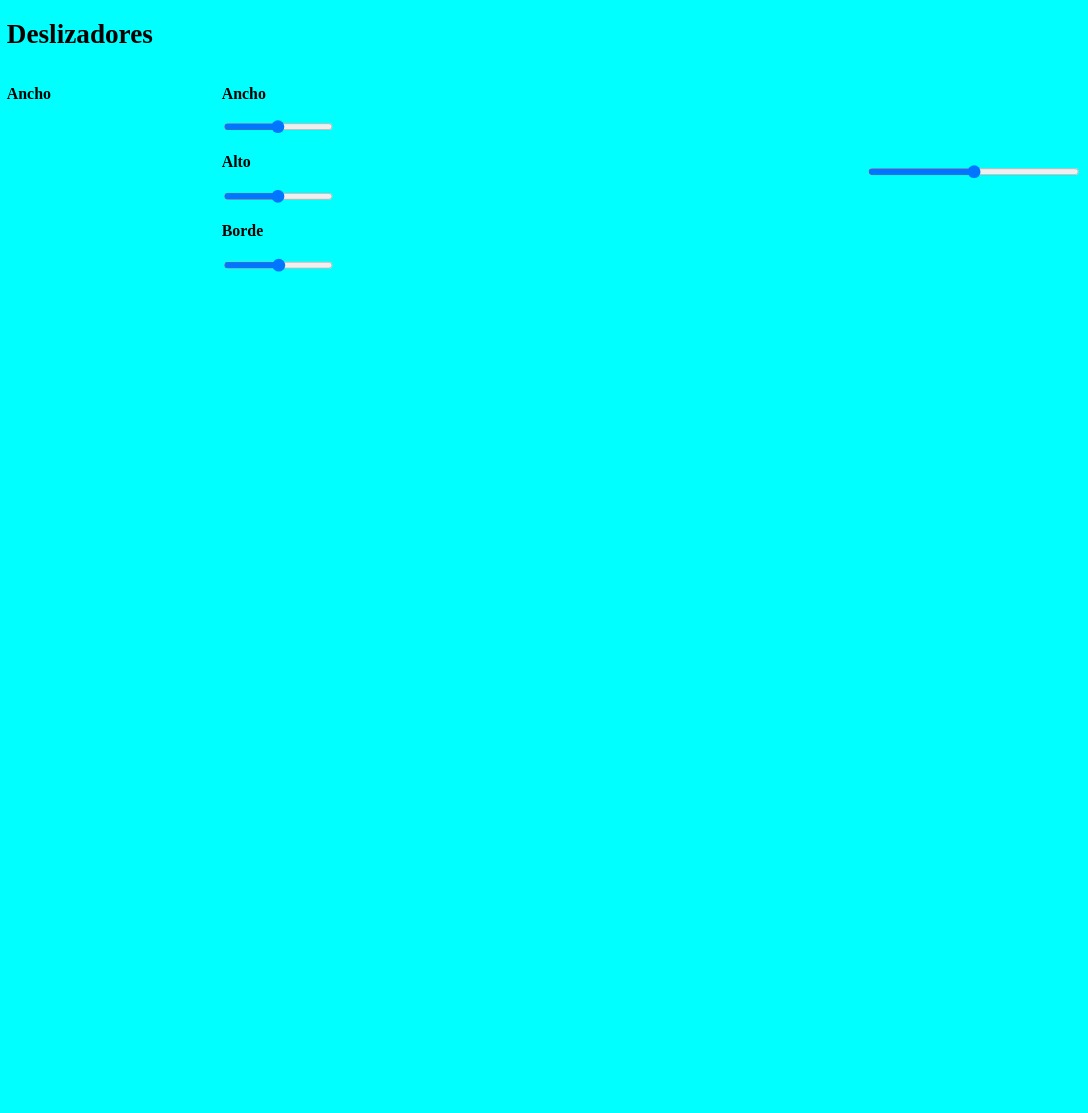
Repository: Kevin8548/Ejercicios-DOM
Page: Deslizador.html
These files come from the project's save history. The page is drawn as it stood at one moment and after the next save; the edit follows.
The browser window is 1280 px wide. The pictures show the whole page, at 85% of full size.

Above is the page before, as saved 2024-10-02 13:46:51.

### Deslizador.html
<!DOCTYPE html>
<html lang="en">
<head>
    <meta charset="UTF-8">
    <meta name="viewport" content="width=device-width, initial-scale=1.0">
    <title>Delizador</title>
    <link rel="stylesheet" href="./deslizadores.css">
</head>
<body>
    <H1>Deslizadores</H1>
    <div class="parent">
        <div class="div1">
            <h3>Ancho</h3>
            <input type="range" id="slider" min="0" max="100" value="50" step="1">
            <h3>Alto</h3>
            <input type="range" id="slider" min="0" max="100" value="50" step="2">
            <h3>Borde</h3>
            <input type="range" id="slider" min="0" max="100" value="50" step="3">
            </div>
            <h3>Ancho</h3>
            <input type="range" id="slider" min="0" max="100" value="50" step="1">
        <div class="div2"> </div>
        </div>
</body>
</html>

### deslizadores.css
.parent {
    display: grid;
    grid-template-columns: repeat(5, 1fr);
    grid-template-rows: repeat(5, 1fr);
    grid-column-gap: 0px;
    grid-row-gap: 0px;
    }

    .div1 { grid-area: 1 / 2 / 2 / 5; }
    .div2 { grid-area: 3 / 3 / 4 / 4; }

body{
    background-color: aqua;
}

h1{
    align-items: center;
}

After the next save:
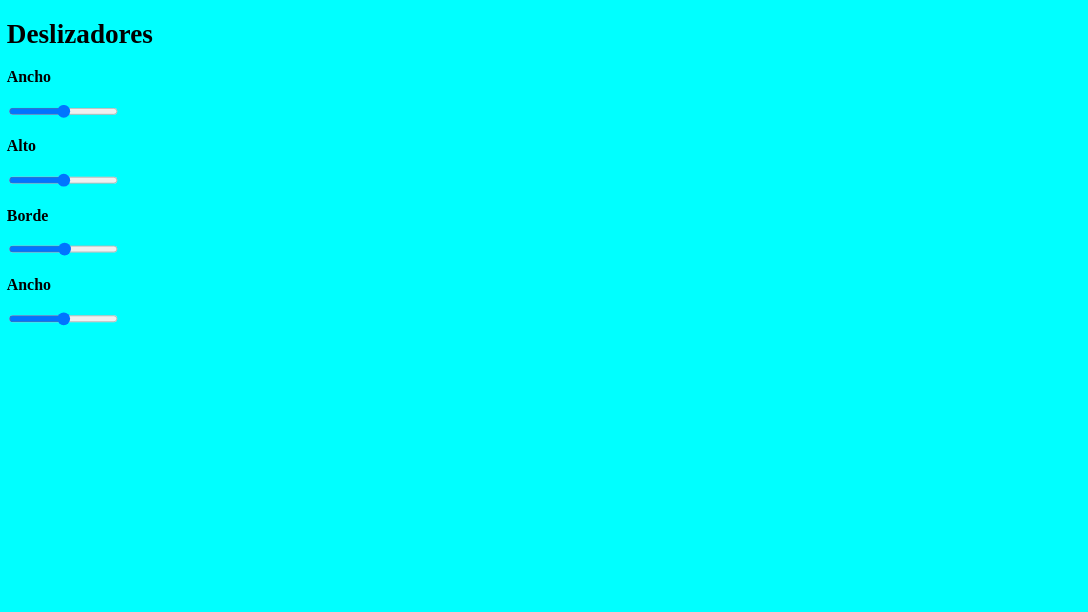
Saved 88 s later.
--- a/deslizadores.css
+++ b/deslizadores.css
@@ -1,13 +1,4 @@
-.parent {
-    display: grid;
-    grid-template-columns: repeat(5, 1fr);
-    grid-template-rows: repeat(5, 1fr);
-    grid-column-gap: 0px;
-    grid-row-gap: 0px;
-    }
 
-    .div1 { grid-area: 1 / 2 / 2 / 5; }
-    .div2 { grid-area: 3 / 3 / 4 / 4; }
 
 body{
     background-color: aqua;
